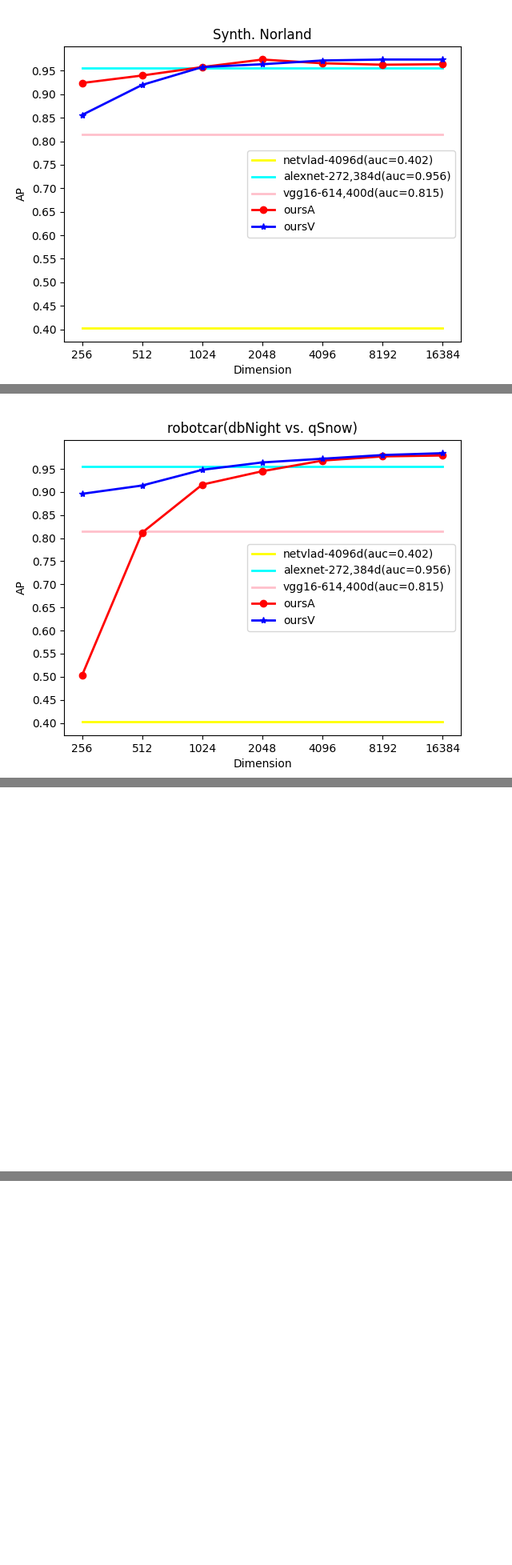
Repository: MedlarTea/CAE-VPR
Script's output: python examples/evaluator/evaluate_convAuto.py
An editor plug-in stored every save of this project. The script's output is shown before and after the next save, followed by the edit.
The pictures are shown at 80% of full size.
Each picture stacks the figures in order, with grey between them; figures that are only written to a file come last. Random numbers start from a fixed seed.

Above is the script's output before, as saved 2021-04-13 20:45:27.

After the next save:
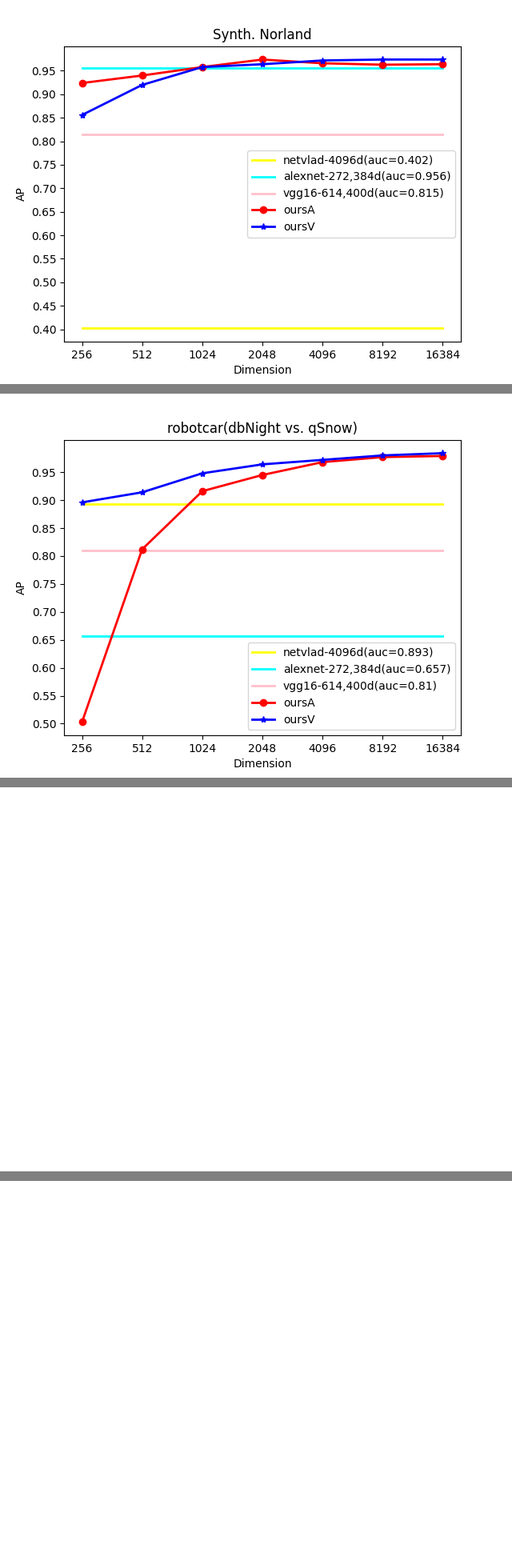
Saved 35 s later.
--- a/examples/evaluator/evaluate_convAuto.py
+++ b/examples/evaluator/evaluate_convAuto.py
@@ -42,9 +42,9 @@ if __name__ == '__main__':
     # for robotcar(dbNight vs. qSnow)
     dataset = 'robotcar(dbNight vs. qSnow)'
     dimensions = ['256', '512', '1024', '2048', '4096', '8192', '16384']
-    netvlad = 0.402
-    alexnet = 0.956
-    vgg16 = 0.815
+    netvlad = 0.893
+    alexnet = 0.657
+    vgg16 = 0.810
     oursA = [0.503, 0.812, 0.916, 0.945, 0.968, 0.977, 0.979]
     oursV = [0.896, 0.914, 0.948, 0.964, 0.972, 0.980, 0.984]
     drawWithDimension(dataset, dimensions, netvlad, alexnet, vgg16, oursA, oursV)
